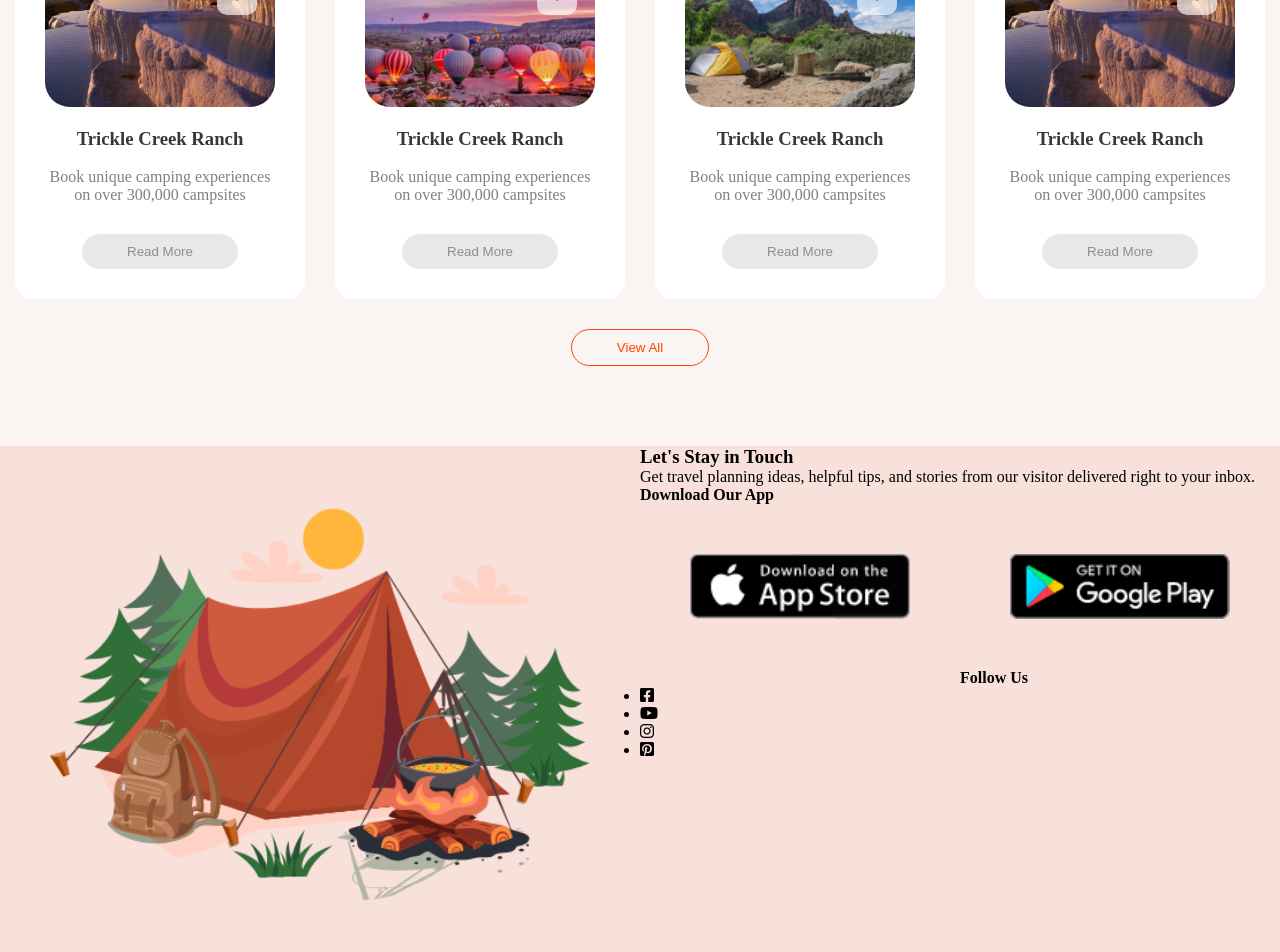
Repository: giahuy405/BC38_Camping_Pham_Gia_Huy
Page: index.html
These files come from the project's save history. The page is drawn as it stood at one moment and after the next save; the edit follows.
The browser window is 1280 px wide. The pictures show the part of the page from y = 989 to 1941 px (the page is 1941 px tall before and 1748 px after).

Above is the page before, as saved 2022-09-13 19:30:50.

### index.html
<!DOCTYPE html>
<html lang="en">
<head>
    <meta charset="UTF-8">
    <meta http-equiv="X-UA-Compatible" content="IE=edge">
    <meta name="viewport" content="width=device-width, initial-scale=1.0">
    <title>Document</title>
    <link rel="stylesheet" href="https://cdnjs.cloudflare.com/ajax/libs/font-awesome/6.2.0/css/all.min.css" integrity="sha512-xh6O/CkQoPOWDdYTDqeRdPCVd1SpvCA9XXcUnZS2FmJNp1coAFzvtCN9BmamE+4aHK8yyUHUSCcJHgXloTyT2A==" crossorigin="anonymous" referrerpolicy="no-referrer" />
    <link rel="stylesheet" href="./css/index.css">
</head>
<body>
    <header>
       <div class="header__items">
            <img src="./img/logoicon.png" alt="">
            <nav>
                <ul>
                    <li><a href="#">Home</a></li>
                    <li><a href="#">Services</a></li>
                    <li><a href="#">Destination</a></li>
                    <li><a href="#">Events</a></li>
                    <li><a href="#">Gallery</a></li>
                    <li><a href="#">Contact us</a></li>
                </ul>
            </nav>
       </div>
    </header>
    <section class="carousel">
        <img src="./img/BG.png" alt="">
    </section>
    <section class="service">
        <img src="./img/Group 313.png" alt="">
        <h1>Explore Destination & Activities</h1>
        <div class="service__cards">
            <div class="service__card">
                <div class="service__item">
                    <img src="./img/product1.png" alt="">
                    <h3>Trickle Creek Ranch</h3>
                    <p>Book unique camping experiences on over 300,000 campsites</p>
                    <button>Read More</button>
                </div>
                <div class="service__heart">
                    <i class="fa fa-heart"></i>
                </div>
            </div>
            <div class="service__card">
                <div class="service__item">
                    <img src="./img/product4.png" alt="">
                    <h3>Trickle Creek Ranch</h3>
                    <p>Book unique camping experiences on over 300,000 campsites</p>
                    <button>Read More</button>
                </div>
                <div class="service__heart">
                    <i class="fa fa-heart"></i>
                </div>
            </div>
            <div class="service__card">
                <div class="service__item">
                    <img src="./img/product5.png" alt="">
                    <h3>Trickle Creek Ranch</h3>
                    <p>Book unique camping experiences on over 300,000 campsites</p>
                    <button>Read More</button>
                </div>
                <div class="service__heart">
                    <i class="fa fa-heart"></i>
                </div>
            </div>
            <div class="service__card">
                <div class="service__item">
                    <img src="./img/product1.png" alt="">
                    <h3>Trickle Creek Ranch</h3>
                    <p>Book unique camping experiences on over 300,000 campsites</p>
                    <button>Read More</button>
                </div>
                <div class="service__heart">
                    <i class="fa fa-heart"></i>
                </div>
            </div>
            <div class="clear"></div>
        </div>
        <button class="service__final-button">View All</button>
    </section>
    <div class="contact">
        <img src="./img/homeicon.png" alt="">
        <div class="contact__items">
            <h3>Let's Stay in Touch</h3>
            <p>Get travel planning ideas, helpful tips, and stories from our visitor delivered right to your inbox.</p>
            <div class="content__item">
                <h4>Download Our App</h4>
                <img src="./img/download-on-the-app-store-apple-1.png" alt="">
                <img src="./img/google-play-badge-1.png" alt="">
            </div>
            <div class="content__item">
                <h4>Follow Us</h4>
                <ul>
                    <li><i class="fab fa-facebook-square"></i></li>
                    <li><i class="fab fa-youtube"></i></li>
                    <li><i class="fab fa-instagram"></i></li>
                    <li><i class="fab fa-pinterest-square"></i></li>
                </ul>
            </div>
        </div>
        <div class="clear"></div>
    </div>
</body>
</html>

### css/index.css
*{
    padding: 0;
    margin: 0;
    box-sizing: border-box;
}
.header__items{
    width: 90%;
    margin: 0 auto;
}
header{
    background-color: #f8e1db;
}
nav{
    margin-top: 10px;
    padding-bottom: 10px;
}
nav ul{
    list-style: none;
}
nav li{
    display: inline;
    margin-right:30px;
}
nav a{
    text-decoration: none;
    color: #43403c;
}
nav a:hover{
    color: rgb(160, 5, 5);
}
.clear{
    clear: both;
}
.carousel img{
    height: 600px;
    width: 100%;
}
.service{
    text-align: center;
    padding-top: 70px;
    background-color: #faf4f2;
  padding-bottom: 80px;
}
.service > h1{
    color: #8d8d8d;
    margin-bottom: 30px;
}
.service__cards{
    width: 100%;

}
.service__card{
    float: left;
    width: 25%;
    padding: 0 15px;
    position: relative;
}
.service__item{
    background-color: white;
    border-radius: 18px;
    padding: 30px 30px;

}
.service__item img{
    border-radius: 25px;
    width: 100%;
}
.service__heart{
    position: absolute;
    top: 47px;
    right: 63px;
    width: 40px;
    height: 40px;
    line-height: 40px;
    color: rgba(255, 0, 0, 0.555);
    background-color: rgba(255, 255, 255, 0.651);
    border-radius: 10px;
}
.service__item h3{
    line-height: 3;
    color: #3a3735;
}
.service__item p{
    color: gray;
}
.service__card button{
    padding: 10px 45px;
    background-color: #e8e8e8;
    color: #8d8d8d;
    border-radius: 20px;
    border: none;
    margin-top: 30px;
    cursor: pointer;
}
.service__card button:hover{
    background-color: #7e7e7e;
    color: white;
}
.service__final-button{
    padding: 10px 45px;
    background-color: transparent;
    color: orangered;
    border-radius: 20px;
    border: 1px solid orangered;
    margin-top: 30px;
    cursor: pointer;
}
.service__final-button:hover{
    background-color: #3a3735;
    color: white;
}
.contact{
    background-color: #f8e1db;
}
.contact img,.contact__items{
    float: left;
    width: 50%;
}
.contact img{
    padding: 50px;
}

After the next save:
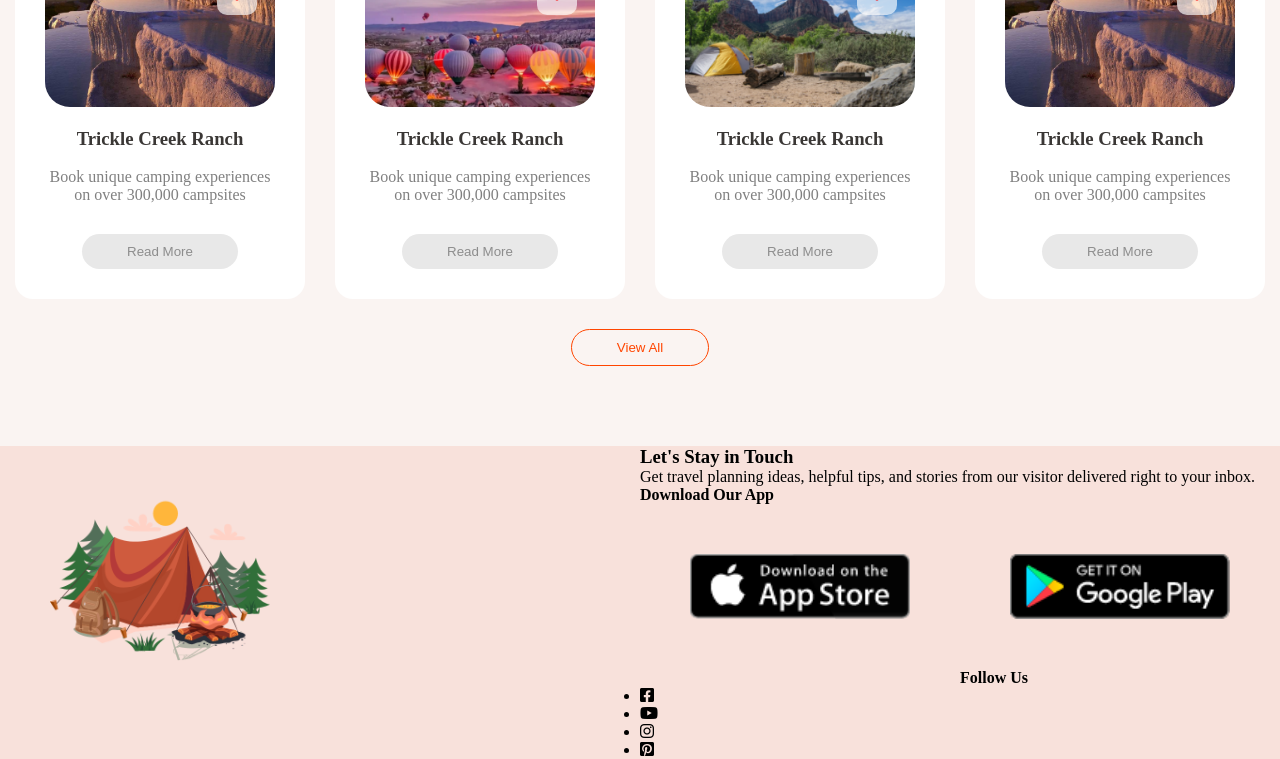
Saved 58 s later.
--- a/index.html
+++ b/index.html
@@ -80,7 +80,9 @@
         <button class="service__final-button">View All</button>
     </section>
     <div class="contact">
-        <img src="./img/homeicon.png" alt="">
+        <div class="contact__items">
+            <img src="./img/homeicon.png" alt="">
+        </div>
         <div class="contact__items">
             <h3>Let's Stay in Touch</h3>
             <p>Get travel planning ideas, helpful tips, and stories from our visitor delivered right to your inbox.</p>
